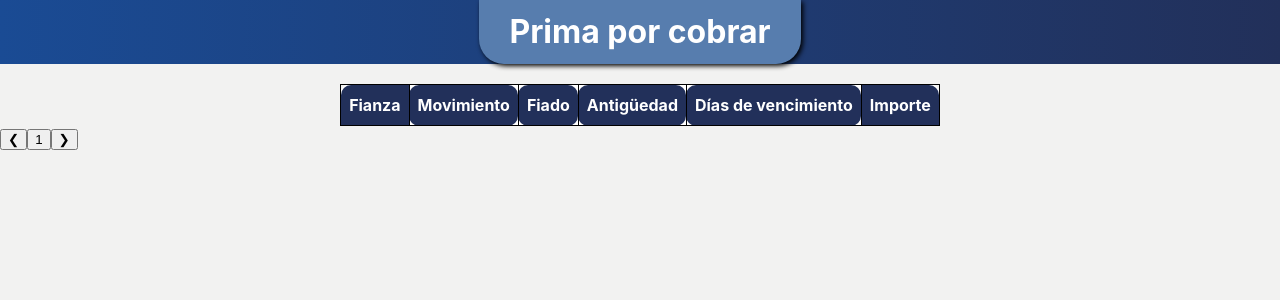
Repository: PCGP22/prueba-t-cnica-liberty-finanzas
Page: / (app in Prueba técnica full-stack/client/)
These files come from the project's save history. The page is drawn as it stood at one moment and after the next save; the edit follows.
The browser window is 1280 px wide. The pictures show the whole page.
The page's requests for data from a server got no answer. The project was rebuilt for these pictures with package versions that can differ from the ones it lists, and the page was loaded fresh each time. No one was signed in, and anything a server would have sent is missing. Also part of the build but not shown: Prueba técnica full-stack/client/vite.config.js, Prueba técnica full-stack/client/src/components/Card.jsx, Prueba técnica full-stack/client/src/components/CardsContainer.jsx, Prueba técnica full-stack/client/src/components/Filters.jsx.

Above is the page before, as saved 2023-11-14 08:22:00.

### Prueba técnica full-stack/client/src/App.jsx
import { dataContext } from "./context/dataContext";
import Table from "./components/Table";
import { useEffect, useReducer } from "react";
import Pagination from "./components/pagination";
import reducer from "./hooks/Reducer";
import Header from "./components/Header";

function App() {
  let url = "http://localhost:5000/primas";
  const initialState = {
    backupData: {},
    data: {},
    dataToShow: {},
    currentPage: 1,
    maxPages: 1,
    contentPerPage: 8,
  };

  const [state, dispatch] = useReducer(reducer, initialState);
  useEffect(() => {
    fetch(url)
      .then((res) => res.json())
      .then((data) => dispatch({ type: "initialize", payload: data.primas }));
  }, [url]);

  return (
    <dataContext.Provider value={[state, dispatch]}>
      <Header />
      <Table />
      <Pagination />
    </dataContext.Provider>
  );
}

export default App;

### Prueba técnica full-stack/client/src/index.css
:root {
  font-family: Inter, system-ui, Avenir, Helvetica, Arial, sans-serif;
  line-height: 1.5;
  font-weight: 400;
  --background-color: #f2f2f1;
  --darkest-blue: #22305a;
  --blue: #1a4b94;
  --light-blue: #577dae;
  --lightest-blue: #9fbde4;
  --status-red: #de7878;
  --status-yellow: #f6c476;
  --status-green: #8fc475;
  --icon-red: #b93d3d;
  --icon-green: #6cb85d;
  --text-blue: #3a689d;
  --text-red:  #af2e2c;
  --box-shadow: black 2px 2px 5px;
}
body, h1{
  margin: 0;
  padding: 0;
}
body{
  background-color:var(--background-color);
}
header{
  display: flex;
  flex-direction: column;
  align-items: center;
}
h1{
  display: inline-block;
  padding: 8px 30px;
  border-radius: 0 0 25px 25px;
  background-color: var(--light-blue);
  color:white;
  text-align: center;
  box-shadow: var(--box-shadow);
}

header{
  background-image: linear-gradient(to right,var(--blue), var(--darkest-blue));
  width: 100%;
}

.filters{
  margin-top: 40px;
  display: flex;
  gap: 40px;
  align-self: flex-start;
  padding-left: 5%;
}
.filters select{
  height: 40px;
  font-size: larger;
  border-radius: 5px;
  border: black 2px solid;
}

.cards{
  padding: 2% 5%;
  box-sizing: border-box;
  display: flex;
  justify-content: space-between;
  width: 100%;
}

.cards figure{
  background-color: var(--background-color);
  min-width: 250px;
  padding: 0.5% 2%;
  border-radius: 10px;
  box-shadow: var(--box-shadow);
}

.cards figure h3{
  margin: 0;
}

.cards figure > p{
  font-size: 1.8em;
  text-align: center;
}

.cards div{
  display: inline-flex;
  flex-wrap: wrap;
  max-width: 40%;
  align-items: center;
  justify-content: center;
  gap:20px;
}

.cards div p {
  margin: 0;
}

.cards div p:first-of-type {
  font-size: 1.5em;
}

.cards div p:last-of-type{
  font-size: 1.2em;
  margin: 0;
}

.icon{
  background-image: linear-gradient(to right,var(--blue), var(--darkest-blue));
  font-size: 1.5em;
  padding: 4px;
  border-radius: 50%;
}
.positive{
  color:var(--text-blue);
  margin-right: 20px;
}
.negative{
  color:var(--text-red);
  margin-left:20px;
}
.cross{
  color: var(--icon-red)
}
.check{
  color: var(--icon-green)
}

table{
  margin: auto;
  margin-top: 20px;
  background-color:white;
  border-radius:15px;
}
table tr:first-child{
  background-color:var(--darkest-blue);
  color:white;
}

table tr th:first-child{
  border-radius:10px 0 0 0;
}


table tr th:last-child{
  border-radius: 0 10px  0 0;
}
table tr th{
  padding: 8px;
}

table, td, th{
  padding: 2px 8px;
  border-spacing: 0;
  border-collapse: collapse;
  border: black solid 1px;
  border-radius: 10px;
}

table tr:nth-child(2n){
  background-color:var(--lightest-blue)
}
table tr:hover{
  text-decoration: underline;
}

table tr:nth-child(2n):hover{
  filter:brightness(110%)
}
table tr:nth-child(2n-1):hover{
  /* color:red; */
  background-color: var(--background-color);
}

table tr:first-child:hover{
  background-color:var(--darkest-blue);
  text-decoration: none;
}

### Prueba técnica full-stack/client/src/context/dataContext.js
import { createContext } from "react";

export const dataContext = createContext();

### Prueba técnica full-stack/client/src/components/Table.jsx
import { calculateAntiquityInDays } from "../utils/utils";
import { useContext } from "react";
import { dataContext } from "../context/dataContext";

function Table() {
  const [state, dispatch] = useContext(dataContext);

  return (
    <table>
      <tbody>
        <tr>
          <th>Fianza</th>
          <th>Movimiento</th>
          <th>Fiado</th>
          <th>Antigüedad</th>
          <th>Días de vencimiento</th>
          <th>Importe</th>
        </tr>
        {state.dataToShow.length > 0 &&
          state.dataToShow.map((t) => {
            let antiquity = calculateAntiquityInDays(
              t.datos["fecha de emisión"]
            );
            let daysSinceStale = calculateAntiquityInDays(
              t.datos["fecha de vencimiento"]
            );
            if (daysSinceStale < 0) daysSinceStale = 0;
            return (
              <tr key={t.datos.código_de_fianza}>
                <td>{t.datos.código_de_fianza}</td>
                <td>{t.datos.tipo_de_movimiento}</td>
                <td>{t.datos.fiado}</td>
                <td>{antiquity}</td>
                <td>{daysSinceStale}</td>
                <td>${t.datos.importe.toLocaleString()}</td>
              </tr>
            );
          })}
      </tbody>
    </table>
  );
}

export default Table;

### Prueba técnica full-stack/client/src/components/pagination.jsx
import { useContext } from "react";
import { dataContext } from "../context/dataContext";

function Pagination() {
  const [state, dispatch] = useContext(dataContext);

  //   return <button onClick={() => dispatch({ type: "change" })}>Cambiar</button>;
  //   const { state.maxPages, state.currentPage, setstate.CurrentPage, setNextPage, setPrevPage } =
  // useContext(dataContext);
  //This pagination is somewhat complex because I've used it before in bigger proyects.
  //First, it initializes the pagination buttons to the first 6 numbers except for the number 1
  //The reason it doesn't includes the first page is because the first and last page buttons are always shown
  let pagesButtons = [2, 3, 4, 5, 6];
  //while the current page stays on the first three pages, show all first 6
  //The reason for the if, it's that I want the first 6 buttons to be shown when returning from the latest pages
  if (
    state.currentPage === 1 ||
    state.currentPage === 2 ||
    state.currentPage === 3
  ) {
    pagesButtons = [2, 3, 4, 5, 6];
  }
  //As soon as we change to page 4 or more, let's follow the current page and
  //add two buttons to the left and two to the right
  if (state.currentPage >= 4) {
    pagesButtons = [
      state.currentPage - 2,
      state.currentPage - 1,
      state.currentPage,
      state.currentPage + 1,
      state.currentPage + 2,
    ];
  }
  //When approaching to the right end of the pagination, show the last 5 pages
  if (
    state.currentPage === state.maxPages - 1 ||
    state.currentPage === state.maxPages - 2 ||
    state.currentPage === state.maxPages
  ) {
    //The reason it doesn't includes the last page is because the first and last page buttons are always shown
    pagesButtons = [
      state.maxPages - 5,
      state.maxPages - 4,
      state.maxPages - 3,
      state.maxPages - 2,
      state.maxPages - 1,
    ];
  }
  return (
    <section className="pagination">
      <button
        //About the class: When in first or last page the navigation chevrons will have a special class
        //The same happens when the button is the current page
        className={`${state.currentPage === 1 && "disabled"}`}
        onClick={() => dispatch({ type: "prevPage" })}>
        ❮
      </button>
      {/* First button, always shown */}
      <button
        className={`${state.currentPage === 1 && "disabled"}`}
        onClick={() => dispatch({ type: "setPage", payload: 1 })}>
        1
      </button>
      {/* Adds three dots in case the current page is bigger than 4*/}
      {state.currentPage > 4 && <p>•••</p>}
      {/* Map through all pages defined in the first part*/}
      {pagesButtons.map((p) => {
        if (p > 1 && p < state.maxPages)
          return (
            <button
              className={`${state.currentPage === p && "disabled"}`}
              key={p}
              onClick={() => dispatch({ type: "setPage", payload: p })}>
              {p}
            </button>
          );
      })}
      {/* Adds three dots in case the current page is getting closer to the right end*/}
      {state.currentPage < state.maxPages - 3 && <p>•••</p>}
      {/* If there's more than 1 page, show always the last page*/}
      {state.maxPages > 1 && (
        <button
          className={`${state.currentPage === state.maxPages && "disabled"}`}
          onClick={() =>
            dispatch({ type: "setPage", payload: state.maxPages })
          }>
          {state.maxPages}
        </button>
      )}
      <button
        className={`${state.currentPage === state.maxPages && "disabled"}`}
        onClick={() => dispatch({ type: "nextPage" })}>
        ❯
      </button>
    </section>
  );
}

export default Pagination;

### Prueba técnica full-stack/client/src/hooks/Reducer.js
function reducer(state, action) {
  function divideData(data, currentPage, state) {
    let dividedData = data.slice(
      (currentPage - 1) * state.contentPerPage,
      currentPage * state.contentPerPage
    );
    return dividedData;
  }
  function calculateMaxPages(data, state) {
    let maxPages = Math.ceil(data.length / state.contentPerPage);
    return maxPages;
  }
  const { type, payload } = action;
  switch (type) {
    case "initialize":
      return {
        ...state,
        backupData: payload,
        data: payload,
        dataToShow: divideData(payload, 1, state),
        maxPages: calculateMaxPages(payload, state),
      };
    case "prevPage":
      if (state.currentPage > 1) {
        return {
          ...state,
          currentPage: state.currentPage - 1,
          dataToShow: divideData(state.data, state.currentPage - 1, state),
        };
      } else return state;
    case "nextPage":
      if (state.currentPage < state.maxPages) {
        return {
          ...state,
          currentPage: state.currentPage + 1,
          dataToShow: divideData(state.data, state.currentPage + 1, state),
        };
      } else return state;
    case "setPage":
      return {
        ...state,
        currentPage: payload,
        dataToShow: divideData(state.data, payload, state),
      };
    case "filter":
      if (payload.filter === "") {
        return { ...state, dataToShow: state.backupData };
      } else
        return {
          ...state,
          dataToShow: state.backupData.filter(
            (d) => d[payload.type] === payload.filter
          ),
        };
    default:
      return state;
  }
}

export default reducer;

### Prueba técnica full-stack/client/src/components/Header.jsx
import CardsContainer from "./CardsContainer";
import Filters from "./Filters";

function Header() {
  return (
    <header>
      <h1>Prima por cobrar</h1>
      <Filters />
      <CardsContainer />
    </header>
  );
}

export default Header;

### Prueba técnica full-stack/client/src/utils/utils.js
//This function calculates how many days have passed since a date
export function calculateAntiquityInDays(date) {
  let parsedDate = parseDate(date);
  const CONSTANT_Ms_TO_DAYS = 86400000;
  let today = new Date();
  let comparisonDate = new Date(parsedDate);
  return Math.trunc((today - comparisonDate) / CONSTANT_Ms_TO_DAYS) - 1;
}

//transforms the date DD/MM/YYYY to an acceptable MM/DD/YYYY
function parseDate(date) {
  let stringToArray = date.split("/");
  let temp = stringToArray[0];
  stringToArray[0] = stringToArray[1];
  stringToArray[1] = temp;
  return stringToArray.join("/");
}

Loaded but not shown: Prueba técnica full-stack/client/index.html (common file); Prueba técnica full-stack/client/src/main.jsx (common file)

After the next save:
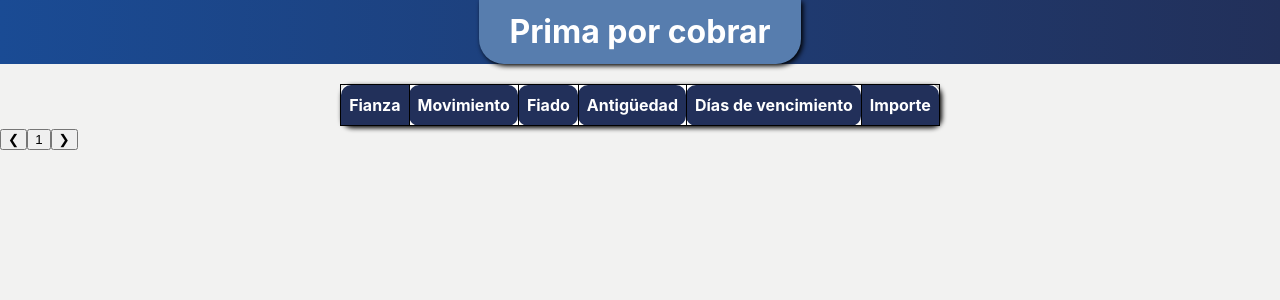
Saved 27 s later.
--- a/Prueba técnica full-stack/client/src/index.css
+++ b/Prueba técnica full-stack/client/src/index.css
@@ -130,6 +130,7 @@ table{
   margin-top: 20px;
   background-color:white;
   border-radius:15px;
+  box-shadow: var(--box-shadow);
 }
 table tr:first-child{
   background-color:var(--darkest-blue);
